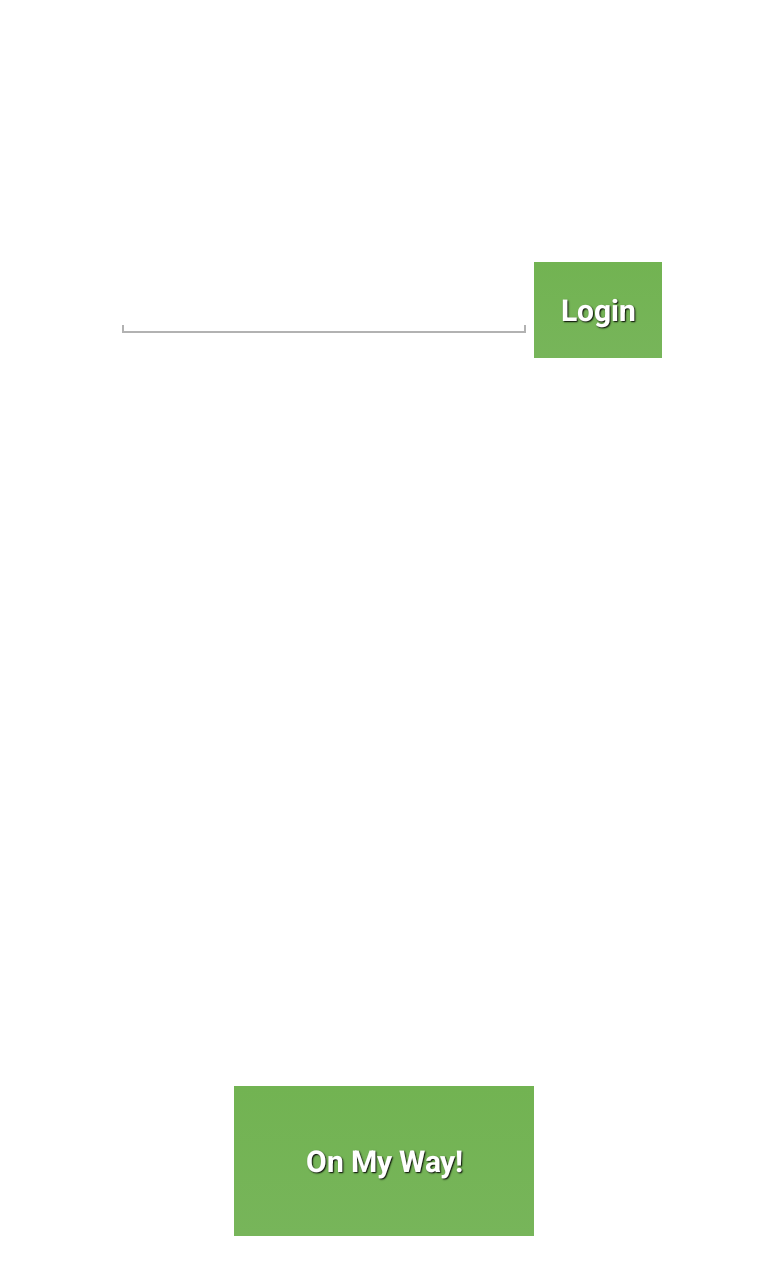
Repository: kenzshi/ViaSatHackathon
Layout: OnMyWay/res/layout/activity_main.xml
The author's editor kept a copy of each file at every save. The layout is drawn from the files as they stood at one save, then again after the next save.
It is drawn on a 768 x 1280 px phone screen (xhdpi) without system bars, with theme AppTheme; the app's code is not run.

Above is the layout before, as saved 2013-07-25 03:23:56.

After the next save:
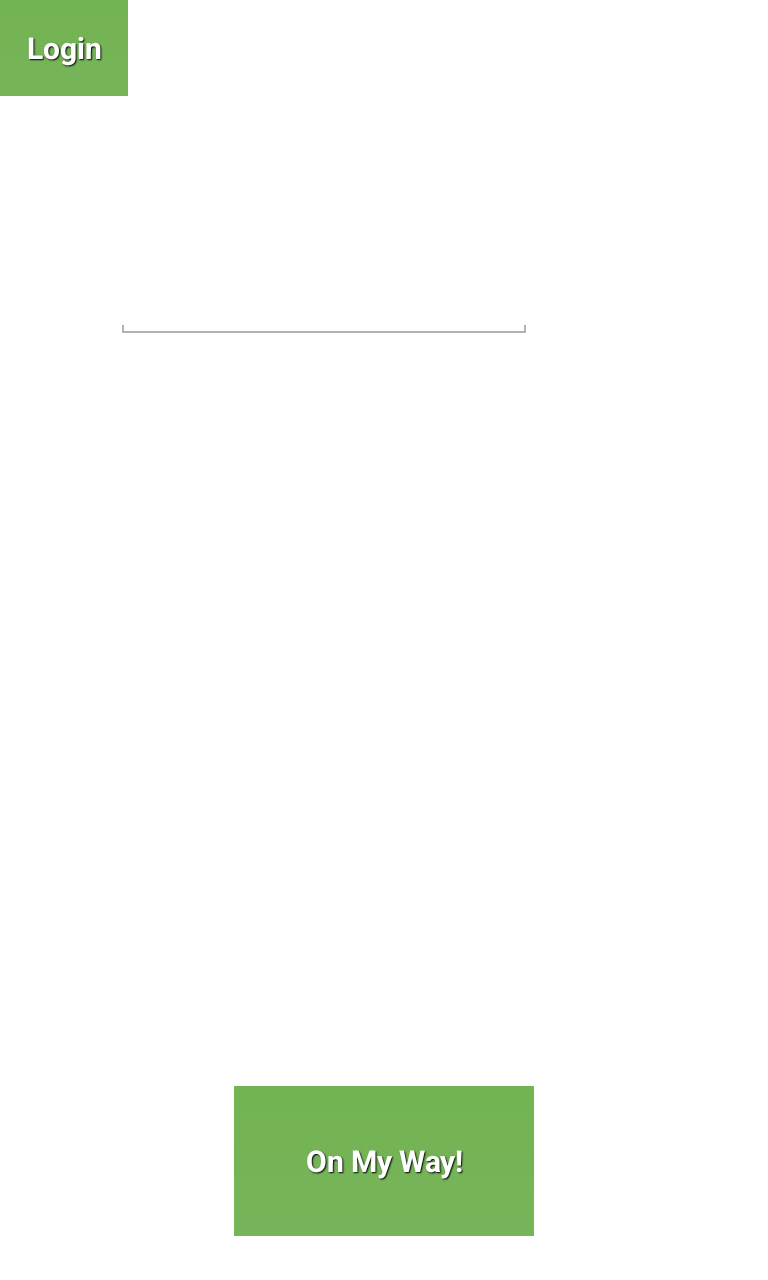
Saved 2 min 19 s later.
--- a/OnMyWay/res/layout/activity_main.xml
+++ b/OnMyWay/res/layout/activity_main.xml
@@ -16,17 +16,17 @@
         android:text="@string/button_send" />
 
     <EditText
-        android:id="@+id/editText2"
+        android:id="@+id/login_button"
         android:layout_width="wrap_content"
         android:layout_height="wrap_content"
         android:layout_alignParentTop="true"
         android:layout_alignRight="@+id/button1"
         android:layout_marginTop="131dp"
         android:ems="10"
-        android:inputType="textPersonName" />
+        android:inputType="login_name" />
 
     <Button
-        android:id="@+id/login_button"
+        android:id="@+id/button2"
         style="@style/btn"
         android:layout_width="wrap_content"
         android:layout_height="wrap_content"

After the save that followed:
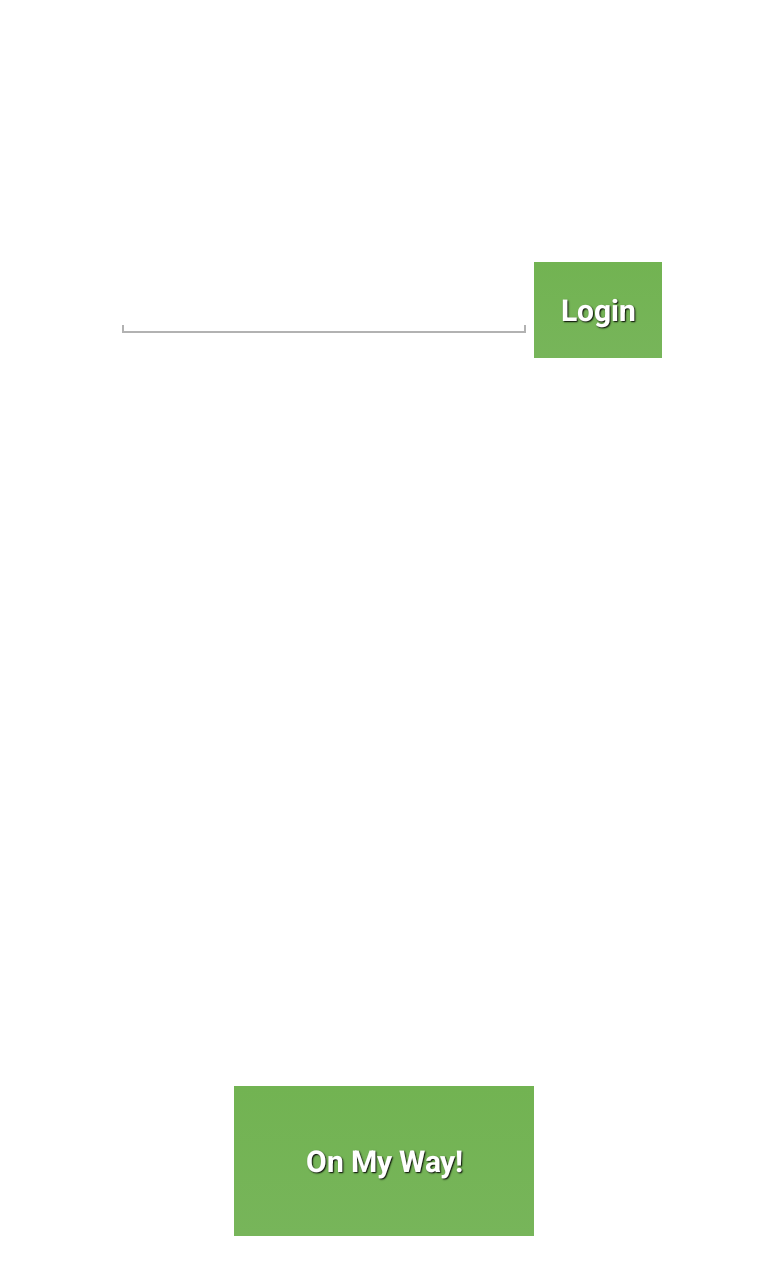
Saved 63 s later.
--- a/OnMyWay/res/layout/activity_main.xml
+++ b/OnMyWay/res/layout/activity_main.xml
@@ -16,14 +16,14 @@
         android:text="@string/button_send" />
 
     <EditText
-        android:id="@+id/login_button"
+        android:id="@+id/editText2"
         android:layout_width="wrap_content"
         android:layout_height="wrap_content"
         android:layout_alignParentTop="true"
         android:layout_alignRight="@+id/button1"
         android:layout_marginTop="131dp"
         android:ems="10"
-        android:inputType="login_name" />
+        android:inputType="textPersonName" />
 
     <Button
         android:id="@+id/button2"
@@ -32,7 +32,6 @@
         android:layout_height="wrap_content"
         android:layout_alignTop="@+id/editText2"
         android:layout_toRightOf="@+id/editText2"
-        android:onClick="login"
         android:text="@string/login"/>
 
 </RelativeLayout>
